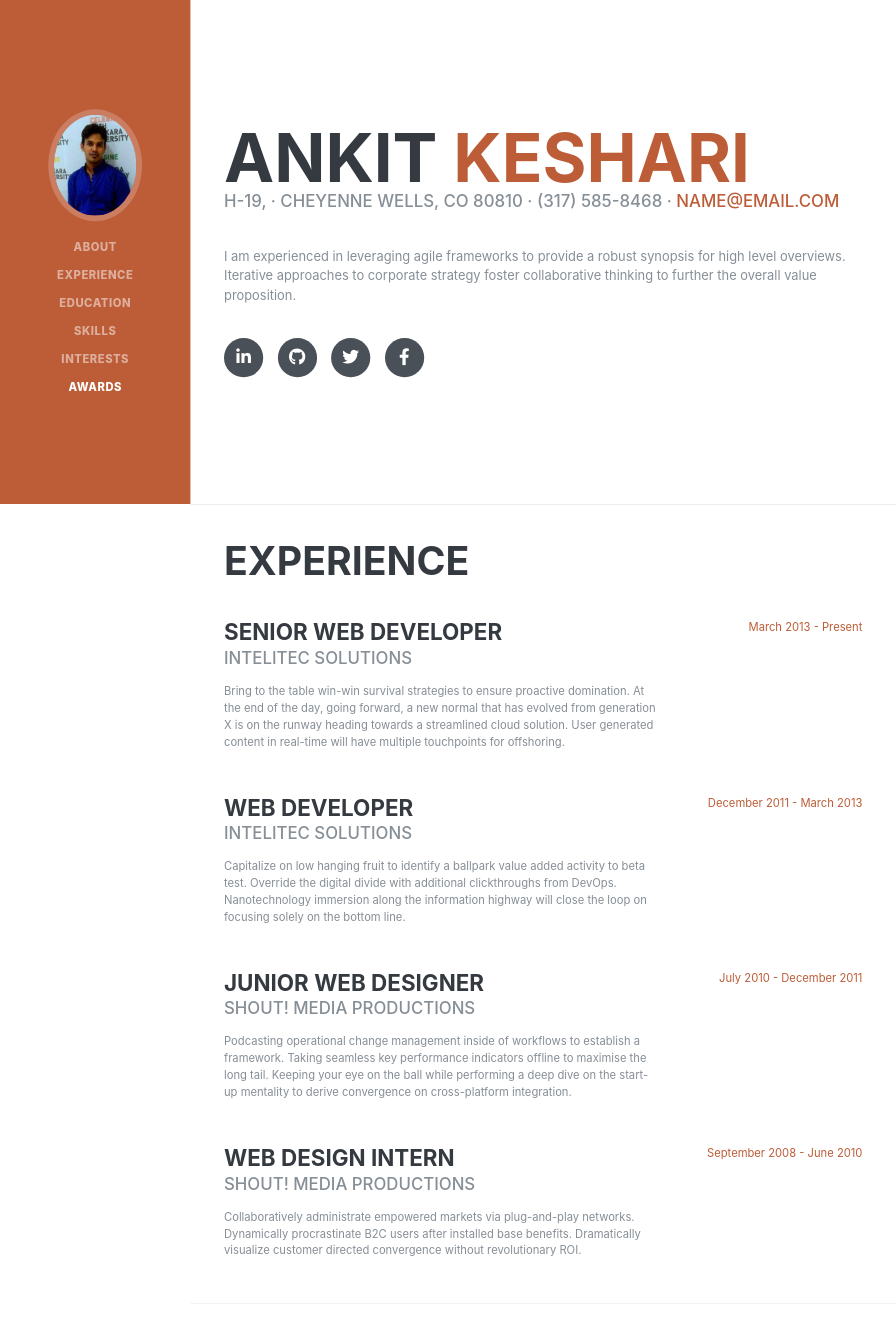
Repository: ankitkeshari719/ankitkeshari719.github.io
Page: index.html
The author's editor kept a copy of each file at every save. The page is drawn from the files as they stood at one save, then again after a run of saves.
The browser window is 1280 px wide. The pictures show the part of the page from y = 0 to 1920 px (the page is 4746 px tall), at 70% of full size.
Some web fonts or font styles are not loaded; a fallback is used.

Above is the page before, as saved 2020-03-13 15:51:48.

### index.html
<!DOCTYPE html>
<html lang="en">

<head>

  <meta charset="utf-8">
  <meta name="viewport" content="width=device-width, initial-scale=1, shrink-to-fit=no">
  <meta name="description" content="">
  <meta name="author" content="">

  <title>Ankit Keshari : Portfolio</title>

  <!-- Bootstrap core CSS -->
  <link href="vendor/bootstrap/css/bootstrap.min.css" rel="stylesheet">

  <!-- Custom fonts for this template -->
  <link href="https://fonts.googleapis.com/css?family=Saira+Extra+Condensed:500,700" rel="stylesheet">
  <link href="https://fonts.googleapis.com/css?family=Muli:400,400i,800,800i" rel="stylesheet">
  <link href="vendor/fontawesome-free/css/all.min.css" rel="stylesheet">

  <!-- Custom styles for this template -->
  <link href="css/resume.min.css" rel="stylesheet">

</head>

<body id="page-top">

  <nav class="navbar navbar-expand-lg navbar-dark bg-primary fixed-top" id="sideNav">
    <a class="navbar-brand js-scroll-trigger" href="#page-top">
      <span class="d-block d-lg-none">Ankit Keshari</span>
      <span class="d-none d-lg-block">
        <img class="img-fluid img-profile rounded-circle mx-auto mb-2" src="img/profile.jpg" alt="">
      </span>
    </a>
    <button class="navbar-toggler" type="button" data-toggle="collapse" data-target="#navbarSupportedContent" aria-controls="navbarSupportedContent" aria-expanded="false" aria-label="Toggle navigation">
      <span class="navbar-toggler-icon"></span>
    </button>
    <div class="collapse navbar-collapse" id="navbarSupportedContent">
      <ul class="navbar-nav">
        <li class="nav-item">
          <a class="nav-link js-scroll-trigger" href="#about">About</a>
        </li>
        <li class="nav-item">
          <a class="nav-link js-scroll-trigger" href="#experience">Experience</a>
        </li>
        <li class="nav-item">
          <a class="nav-link js-scroll-trigger" href="#education">Education</a>
        </li>
        <li class="nav-item">
          <a class="nav-link js-scroll-trigger" href="#skills">Skills</a>
        </li>
        <li class="nav-item">
          <a class="nav-link js-scroll-trigger" href="#interests">Interests</a>
        </li>
        <li class="nav-item">
          <a class="nav-link js-scroll-trigger" href="#awards">Awards</a>
        </li>
      </ul>
    </div>
  </nav>

  <div class="container-fluid p-0">
    <section class="resume-section p-3 p-lg-5 d-flex align-items-center" id="about">
      <div class="w-100">
        <h1 class="mb-0">Ankit
          <span class="text-primary">Keshari</span>
        </h1>
        <div class="subheading mb-5">H-19,  · Cheyenne Wells, CO 80810 · (317) 585-8468 ·
          <a href="mailto:name@email.com">name@email.com</a>
        </div>
        <p class="lead mb-5">I am experienced in leveraging agile frameworks to provide a robust synopsis for high level overviews. Iterative approaches to corporate strategy foster collaborative thinking to further the overall value proposition.</p>
        <div class="social-icons">
          <a href="#">
            <i class="fab fa-linkedin-in"></i>
          </a>
          <a href="#">
            <i class="fab fa-github"></i>
          </a>
          <a href="#">
            <i class="fab fa-twitter"></i>
          </a>
          <a href="#">
            <i class="fab fa-facebook-f"></i>
          </a>
        </div>
      </div>
    </section>

    <hr class="m-0">

    <section class="resume-section p-3 p-lg-5 d-flex justify-content-center" id="experience">
      <div class="w-100">
        <h2 class="mb-5">Experience</h2>

        <div class="resume-item d-flex flex-column flex-md-row justify-content-between mb-5">
          <div class="resume-content">
            <h3 class="mb-0">Senior Web Developer</h3>
            <div class="subheading mb-3">Intelitec Solutions</div>
            <p>Bring to the table win-win survival strategies to ensure proactive domination. At the end of the day, going forward, a new normal that has evolved from generation X is on the runway heading towards a streamlined cloud solution. User generated content in real-time will have multiple touchpoints for offshoring.</p>
          </div>
          <div class="resume-date text-md-right">
            <span class="text-primary">March 2013 - Present</span>
          </div>
        </div>

        <div class="resume-item d-flex flex-column flex-md-row justify-content-between mb-5">
          <div class="resume-content">
            <h3 class="mb-0">Web Developer</h3>
            <div class="subheading mb-3">Intelitec Solutions</div>
            <p>Capitalize on low hanging fruit to identify a ballpark value added activity to beta test. Override the digital divide with additional clickthroughs from DevOps. Nanotechnology immersion along the information highway will close the loop on focusing solely on the bottom line.</p>
          </div>
          <div class="resume-date text-md-right">
            <span class="text-primary">December 2011 - March 2013</span>
          </div>
        </div>

        <div class="resume-item d-flex flex-column flex-md-row justify-content-between mb-5">
          <div class="resume-content">
            <h3 class="mb-0">Junior Web Designer</h3>
            <div class="subheading mb-3">Shout! Media Productions</div>
            <p>Podcasting operational change management inside of workflows to establish a framework. Taking seamless key performance indicators offline to maximise the long tail. Keeping your eye on the ball while performing a deep dive on the start-up mentality to derive convergence on cross-platform integration.</p>
          </div>
          <div class="resume-date text-md-right">
            <span class="text-primary">July 2010 - December 2011</span>
          </div>
        </div>

        <div class="resume-item d-flex flex-column flex-md-row justify-content-between">
          <div class="resume-content">
            <h3 class="mb-0">Web Design Intern</h3>
            <div class="subheading mb-3">Shout! Media Productions</div>
            <p>Collaboratively administrate empowered markets via plug-and-play networks. Dynamically procrastinate B2C users after installed base benefits. Dramatically visualize customer directed convergence without revolutionary ROI.</p>
          </div>
          <div class="resume-date text-md-right">
            <span class="text-primary">September 2008 - June 2010</span>
          </div>
        </div>

      </div>

    </section>

    <hr class="m-0">

    <section class="resume-section p-3 p-lg-5 d-flex align-items-center" id="education">
      <div class="w-100">
        <h2 class="mb-5">Education</h2>

        <div class="resume-item d-flex flex-column flex-md-row justify-content-between mb-5">
          <div class="resume-content">
            <h3 class="mb-0">University of Colorado Boulder</h3>
            <div class="subheading mb-3">Bachelor of Science</div>
            <div>Computer Science - Web Development Track</div>
            <p>GPA: 3.23</p>
          </div>
          <div class="resume-date text-md-right">
            <span class="text-primary">August 2006 - May 2010</span>
          </div>
        </div>

        <div class="resume-item d-flex flex-column flex-md-row justify-content-between">
          <div class="resume-content">
            <h3 class="mb-0">James Buchanan High School</h3>
            <div class="subheading mb-3">Technology Magnet Program</div>
            <p>GPA: 3.56</p>
          </div>
          <div class="resume-date text-md-right">
            <span class="text-primary">August 2002 - May 2006</span>
          </div>
        </div>

      </div>
    </section>

    <hr class="m-0">

    <section class="resume-section p-3 p-lg-5 d-flex align-items-center" id="skills">
      <div class="w-100">
        <h2 class="mb-5">Skills</h2>

        <div class="subheading mb-3">Programming Languages &amp; Tools</div>
        <ul class="list-inline dev-icons">
          <li class="list-inline-item">
            <i class="fab fa-html5"></i>
          </li>
          <li class="list-inline-item">
            <i class="fab fa-css3-alt"></i>
          </li>
          <li class="list-inline-item">
            <i class="fab fa-js-square"></i>
          </li>
          <li class="list-inline-item">
            <i class="fab fa-angular"></i>
          </li>
          <li class="list-inline-item">
            <i class="fab fa-react"></i>
          </li>
          <li class="list-inline-item">
            <i class="fab fa-node-js"></i>
          </li>
          <li class="list-inline-item">
            <i class="fab fa-sass"></i>
          </li>
          <li class="list-inline-item">
            <i class="fab fa-less"></i>
          </li>
          <li class="list-inline-item">
            <i class="fab fa-wordpress"></i>
          </li>
          <li class="list-inline-item">
            <i class="fab fa-gulp"></i>
          </li>
          <li class="list-inline-item">
            <i class="fab fa-grunt"></i>
          </li>
          <li class="list-inline-item">
            <i class="fab fa-npm"></i>
          </li>
        </ul>

        <div class="subheading mb-3">Workflow</div>
        <ul class="fa-ul mb-0">
          <li>
            <i class="fa-li fa fa-check"></i>
            Mobile-First, Responsive Design</li>
          <li>
            <i class="fa-li fa fa-check"></i>
            Cross Browser Testing &amp; Debugging</li>
          <li>
            <i class="fa-li fa fa-check"></i>
            Cross Functional Teams</li>
          <li>
            <i class="fa-li fa fa-check"></i>
            Agile Development &amp; Scrum</li>
        </ul>
      </div>
    </section>

    <hr class="m-0">

    <section class="resume-section p-3 p-lg-5 d-flex align-items-center" id="interests">
      <div class="w-100">
        <h2 class="mb-5">Interests</h2>
        <p>Apart from being a web developer, I enjoy most of my time being outdoors. In the winter, I am an avid skier and novice ice climber. During the warmer months here in Colorado, I enjoy mountain biking, free climbing, and kayaking.</p>
        <p class="mb-0">When forced indoors, I follow a number of sci-fi and fantasy genre movies and television shows, I am an aspiring chef, and I spend a large amount of my free time exploring the latest technology advancements in the front-end web development world.</p>
      </div>
    </section>

    <hr class="m-0">

    <section class="resume-section p-3 p-lg-5 d-flex align-items-center" id="awards">
      <div class="w-100">
        <h2 class="mb-5">Awards &amp; Certifications</h2>
        <ul class="fa-ul mb-0">
          <li>
            <i class="fa-li fa fa-trophy text-warning"></i>
            Google Analytics Certified Developer</li>
          <li>
            <i class="fa-li fa fa-trophy text-warning"></i>
            Mobile Web Specialist - Google Certification</li>
          <li>
            <i class="fa-li fa fa-trophy text-warning"></i>
            1<sup>st</sup>
            Place - University of Colorado Boulder - Emerging Tech Competition 2009</li>
          <li>
            <i class="fa-li fa fa-trophy text-warning"></i>
            1<sup>st</sup>
            Place - University of Colorado Boulder - Adobe Creative Jam 2008 (UI Design Category)</li>
          <li>
            <i class="fa-li fa fa-trophy text-warning"></i>
            2<sup>nd</sup>
            Place - University of Colorado Boulder - Emerging Tech Competition 2008</li>
          <li>
            <i class="fa-li fa fa-trophy text-warning"></i>
            1<sup>st</sup>
            Place - James Buchanan High School - Hackathon 2006</li>
          <li>
            <i class="fa-li fa fa-trophy text-warning"></i>
            3<sup>rd</sup>
            Place - James Buchanan High School - Hackathon 2005</li>
        </ul>
      </div>
    </section>

  </div>

  <!-- Bootstrap core JavaScript -->
  <script src="vendor/jquery/jquery.min.js"></script>
  <script src="vendor/bootstrap/js/bootstrap.bundle.min.js"></script>

  <!-- Plugin JavaScript -->
  <script src="vendor/jquery-easing/jquery.easing.min.js"></script>

  <!-- Custom scripts for this template -->
  <script src="js/resume.min.js"></script>

</body>

</html>

Loaded but not shown: vendor/bootstrap/css/bootstrap.min.css (library); vendor/fontawesome-free/css/all.min.css (library); css/resume.min.css (common file); vendor/jquery/jquery.min.js (library); vendor/bootstrap/js/bootstrap.bundle.min.js (library); vendor/jquery-easing/jquery.easing.min.js (common file); js/resume.min.js (common file)

After the next 3 saves:
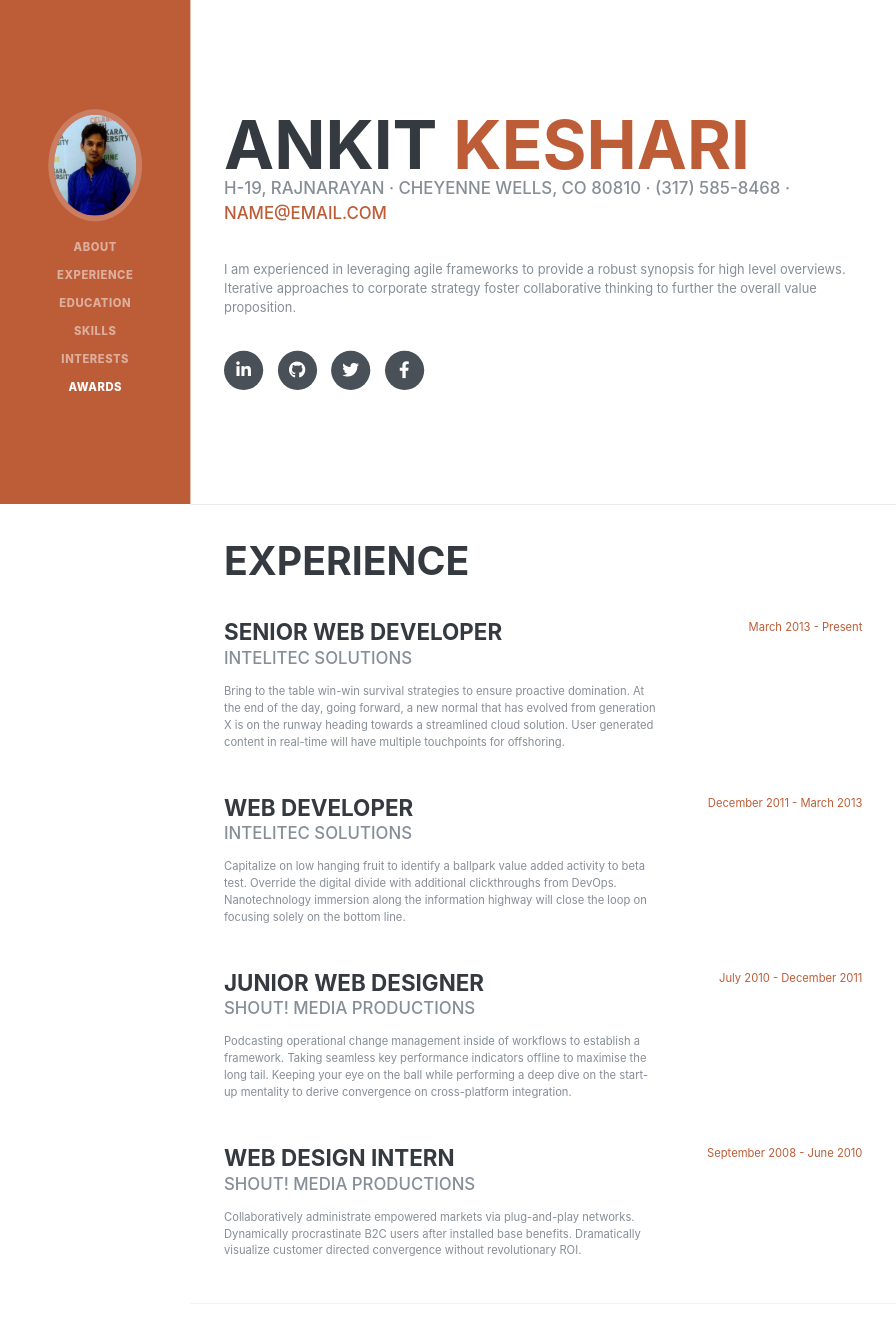
The 3 saves are shown as one change because they came seconds apart.
The last was saved 12 s later.
--- a/index.html
+++ b/index.html
@@ -65,7 +65,7 @@
         <h1 class="mb-0">Ankit
           <span class="text-primary">Keshari</span>
         </h1>
-        <div class="subheading mb-5">H-19,  · Cheyenne Wells, CO 80810 · (317) 585-8468 ·
+        <div class="subheading mb-5">H-19, Rajnarayan · Cheyenne Wells, CO 80810 · (317) 585-8468 ·
           <a href="mailto:name@email.com">name@email.com</a>
         </div>
         <p class="lead mb-5">I am experienced in leveraging agile frameworks to provide a robust synopsis for high level overviews. Iterative approaches to corporate strategy foster collaborative thinking to further the overall value proposition.</p>
